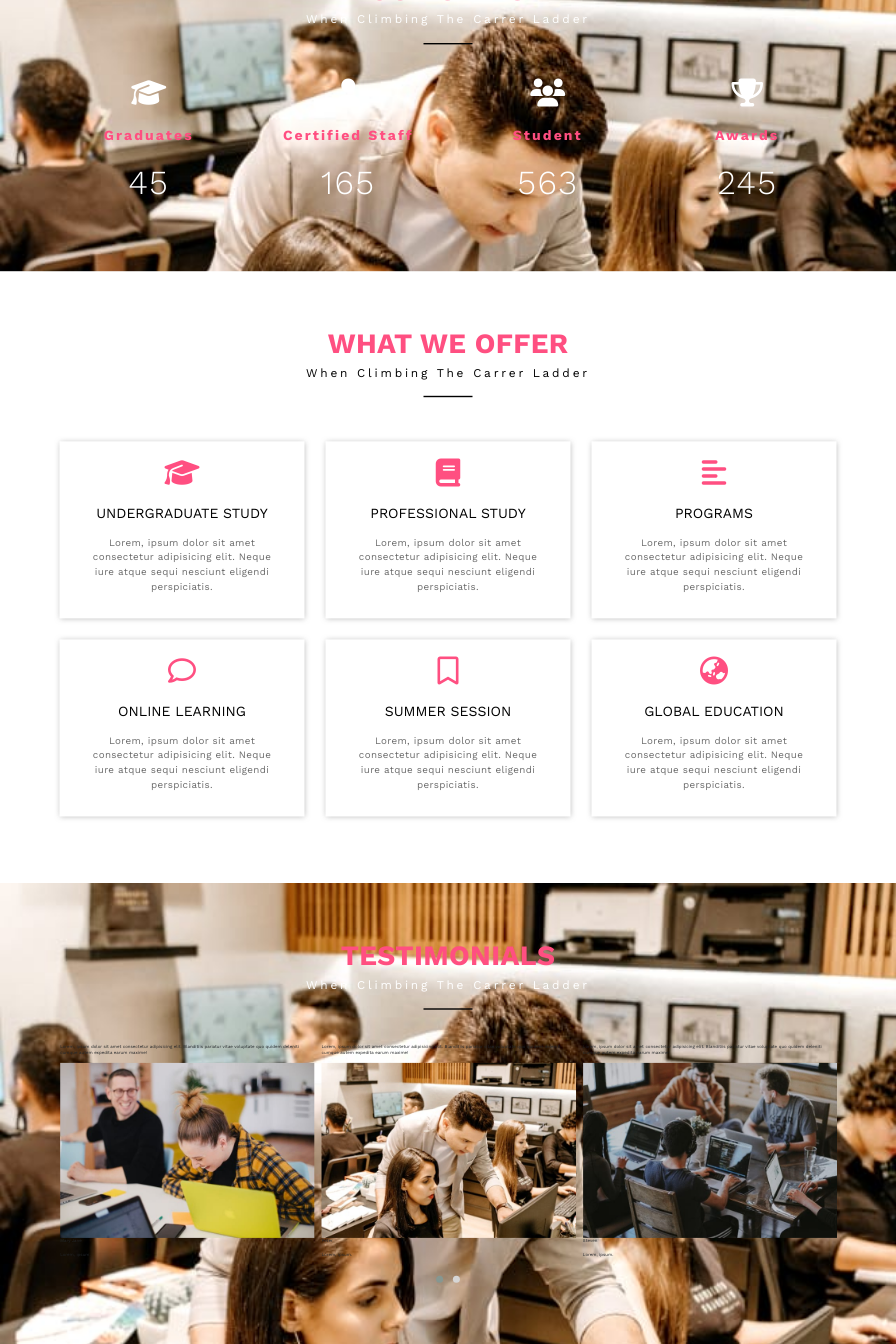
Repository: tudo1611/BC44_BOOTSTRAP_B7_INSTRUCTION_DO-TRUNG-TU
Page: index.html
The author's editor kept a copy of each file at every save. The page is drawn from the files as they stood at one save, then again after a run of saves.
The browser window is 1280 px wide. The pictures show the part of the page from y = 1919 to 3839 px (the page is 3839 px tall), at 70% of full size.
Backgrounds fixed to the window are drawn as part of the page.

Above is the page before, as saved 2023-01-20 14:23:31.

After the next 2 saves:
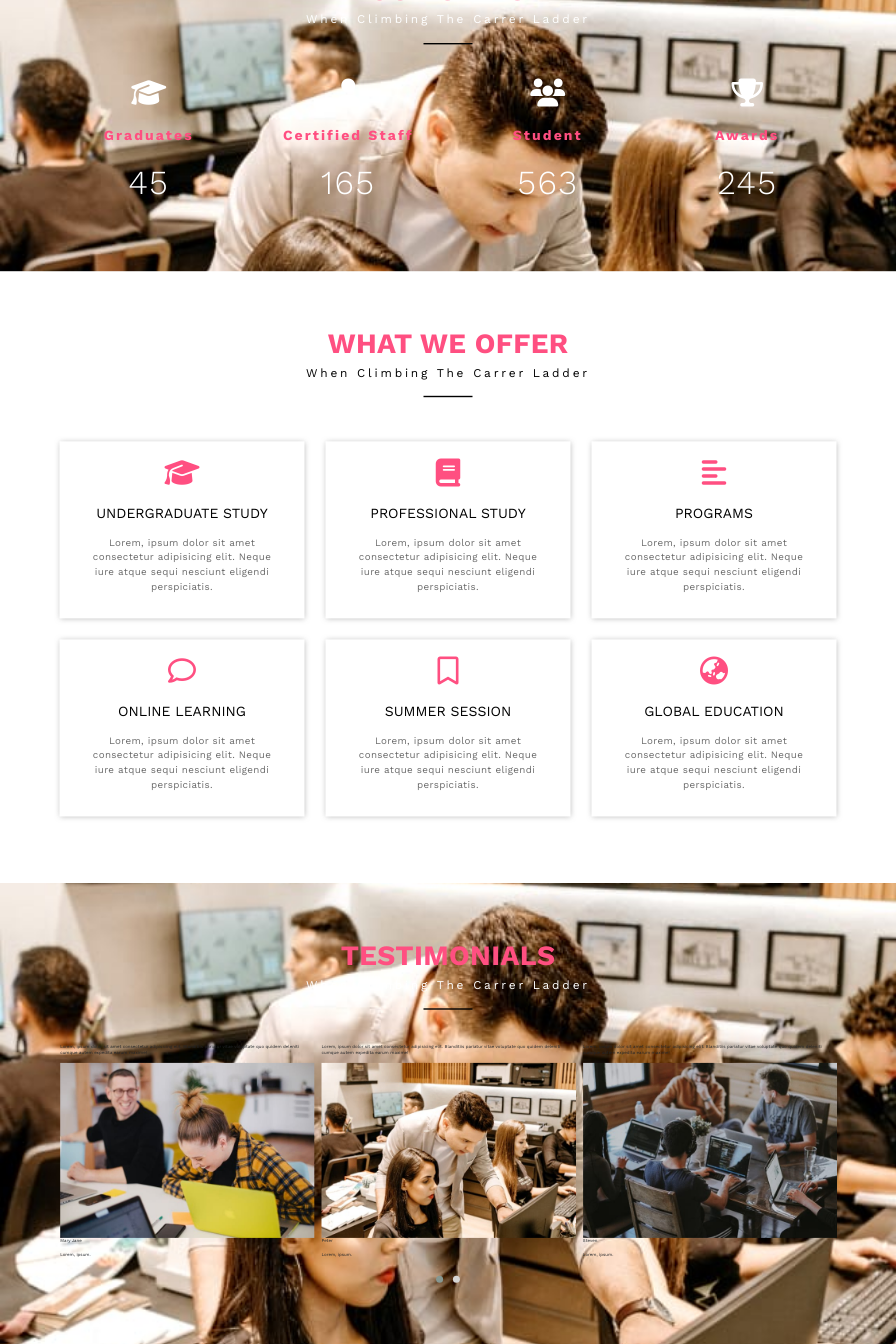
The 2 saves are shown as one change because they came seconds apart.
The last was saved 6 s later.
--- a/css/index.css
+++ b/css/index.css
@@ -253,5 +253,5 @@ html, body{
     background-image: url(../img/g2.jpg);
     background-size: cover;
     background-attachment: fixed;
-    back
-}
+    background-position: center;
+}
